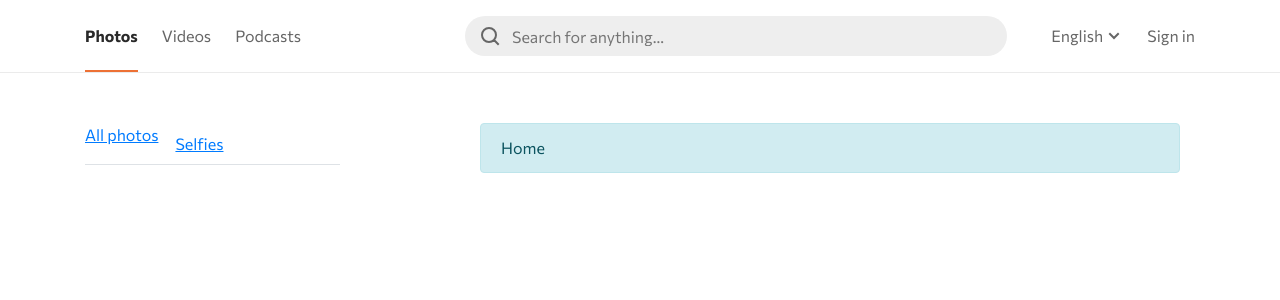
Repository: densavi/djinni
Page: index.html
An editor plug-in stored every save of this project. The page is shown before and after the next save, followed by the edit.
The browser window is 1280 px wide. The pictures show the whole page.
The style sheet was rebuilt from its Sass, Less or Tailwind sources for each picture, by a compiler version that may differ from the author's.

Above is the page before, as saved 2023-04-10 23:27:32.

After the next save:
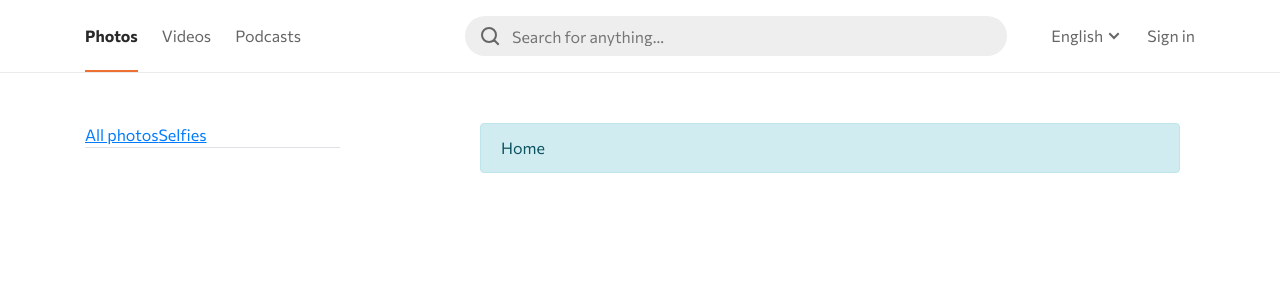
Saved 18 s later.
--- a/index.html
+++ b/index.html
@@ -62,8 +62,8 @@
             <li class="sidebar__item">
               <a class="sidebar__link active" data-toggle="tab" href="#all-photos">All photos</a>
             </li>
-            <li class="nav-item">
-              <a class="nav-link" data-toggle="tab" href="#contact">Selfies</a>
+            <li class="sidebar__item">
+              <a class="sidebar__link" data-toggle="tab" href="#contact">Selfies</a>
             </li>
           </ul>
         </div>
